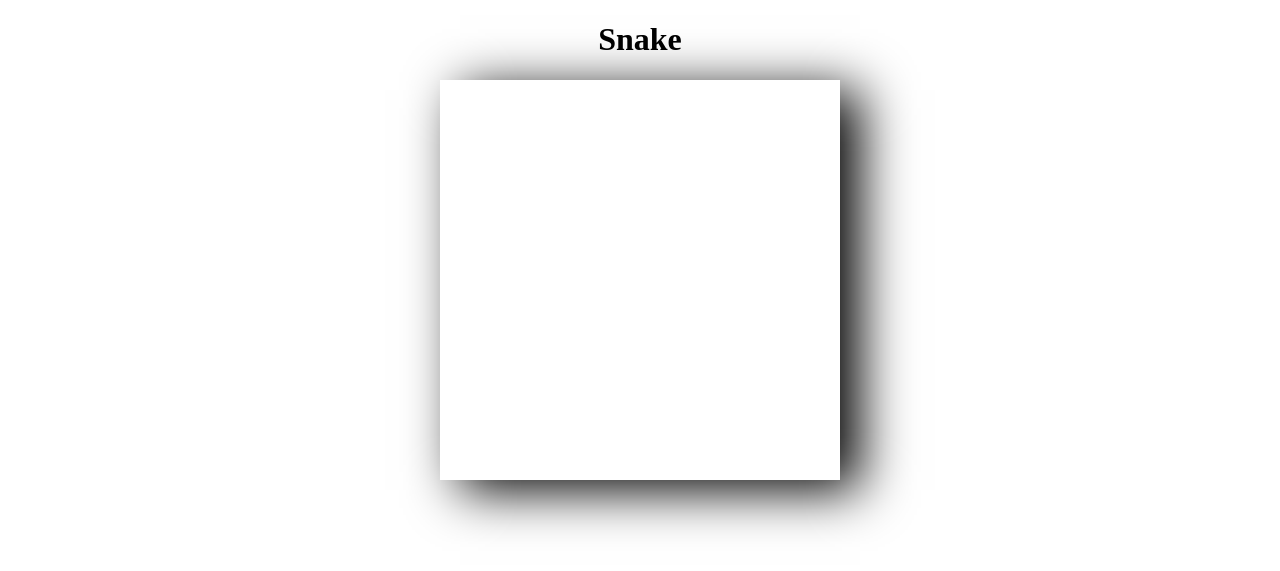
Repository: Ellisvelandia/snake
Page: index.html
The author's editor kept a copy of each file at every save. The page is drawn from the files as they stood at one save, then again after the next save.
The browser window is 1280 px wide. The pictures show the whole page.

Above is the page before, as saved 2022-08-26 22:20:37.

After the next save:
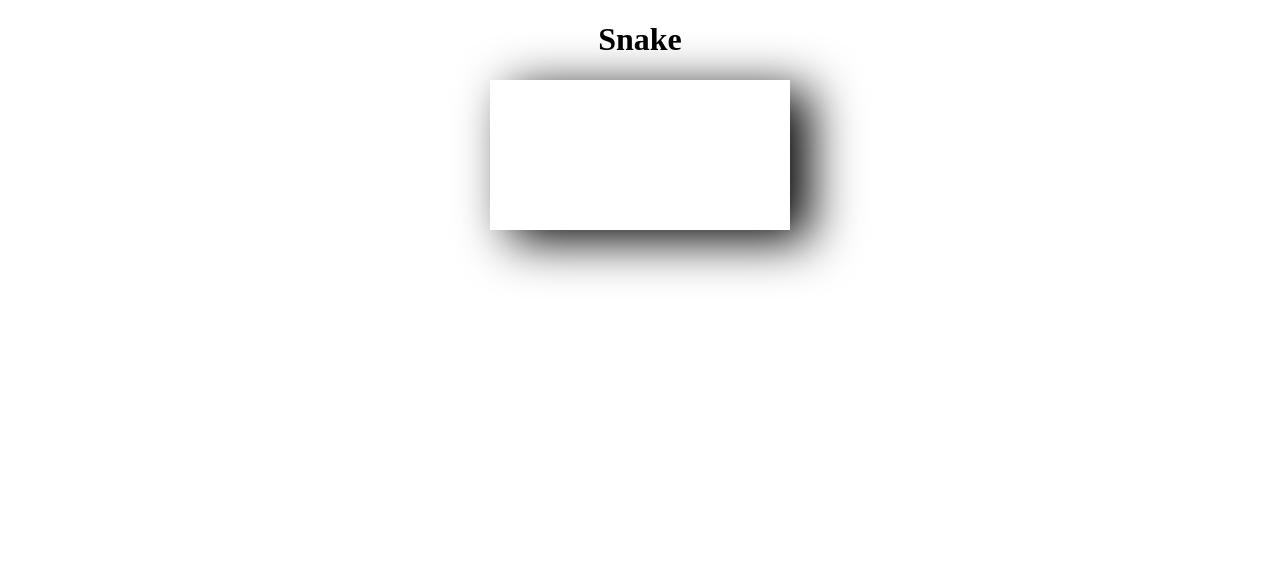
Saved 6 s later.
--- a/index.html
+++ b/index.html
@@ -11,7 +11,7 @@
 
   <h1>Snake</h1>
 
-  <canvas id="game" width="400px" height="400px"></canvas>
+  <canvas id="game"></canvas>
   <script src="index.js"></script>
 </body>
 </html>
